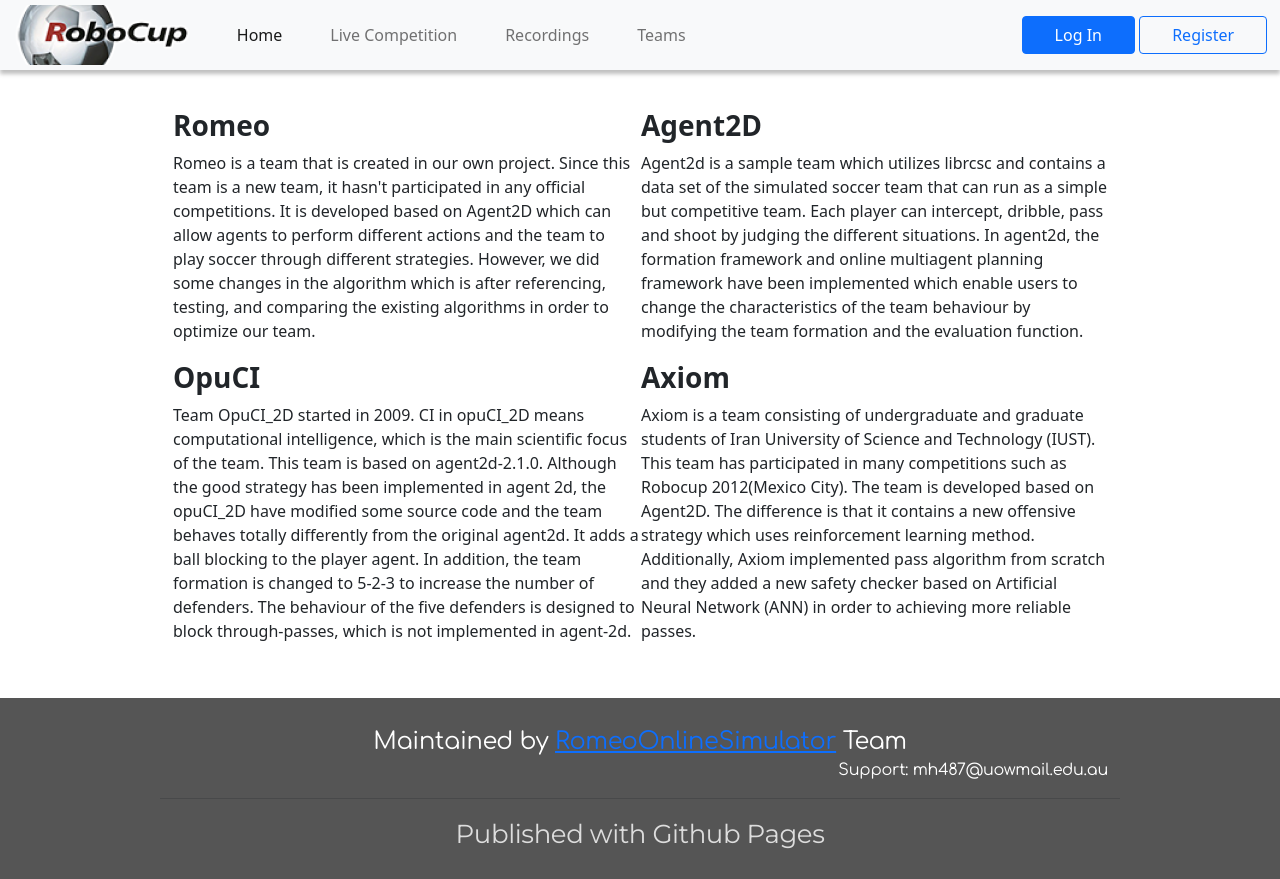
Repository: romeoonlinesim/romeoonlinesim.github.io
Page: teams.html
These files come from the project's save history. The page is drawn as it stood at one moment and after the next save; the edit follows.
The browser window is 1280 px wide. The pictures show the whole page.

Above is the page before, as saved 2021-05-18 20:19:07.

After the next save:
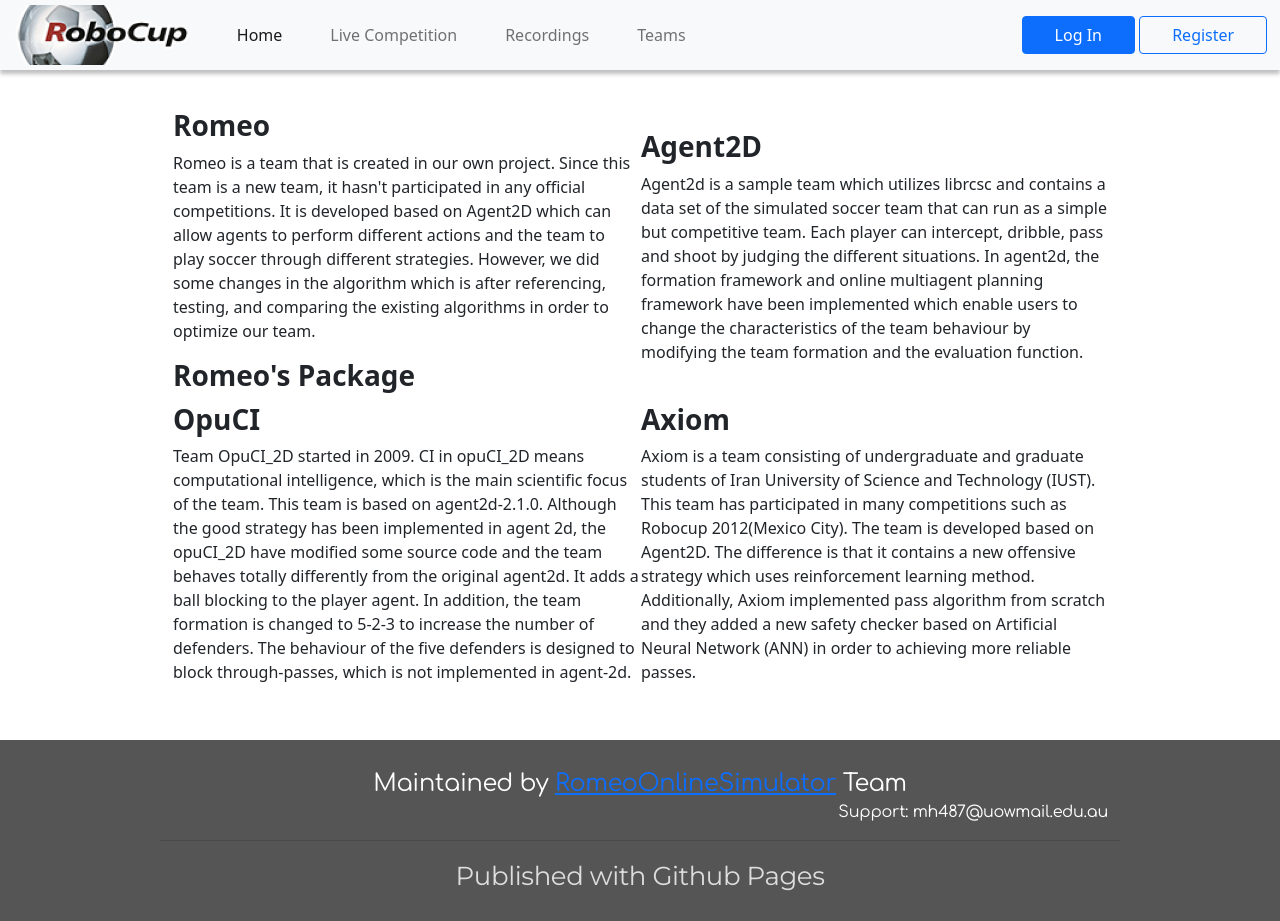
Saved 4 min 50 s later.
--- a/teams.html
+++ b/teams.html
@@ -169,6 +169,9 @@
                     <div>
                         <h3>Romeo</h3>
                         <p>Romeo is a team that is created in our own project. Since this team is a new team, it hasn't participated in any official competitions. It is developed based on Agent2D which can allow agents to perform different actions and the team to play soccer through different strategies. However, we did some changes in the algorithm which is after referencing, testing, and comparing the existing algorithms in order to optimize our team. </p>
+                    </div>
+                    <div>
+                        <h3>Romeo's Package</h3>
                     </div>
                 </td>
                 <td>
